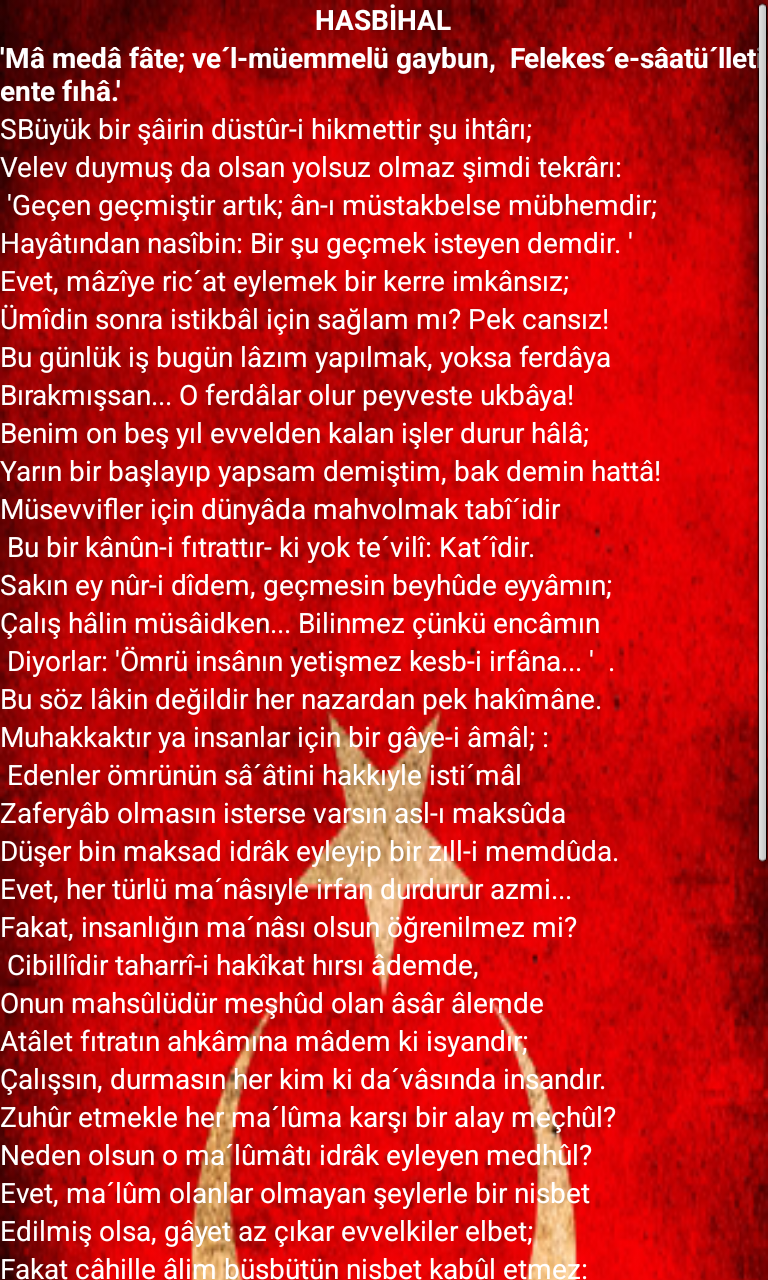
Repository: dokayazilim/Safahat-Android--Uygulamasi
Layout: safahat(android)/Safahat/res/layout/kitap32.xml
These files come from the project's save history. The layout is drawn as it stood at one moment and after the next save; the edit follows.
It is drawn on a 768 x 1280 px phone screen (xhdpi) without system bars, with theme android:Theme; the app's code is not run.

Above is the layout before, as saved 2012-09-08 09:28:55.

After the next save:
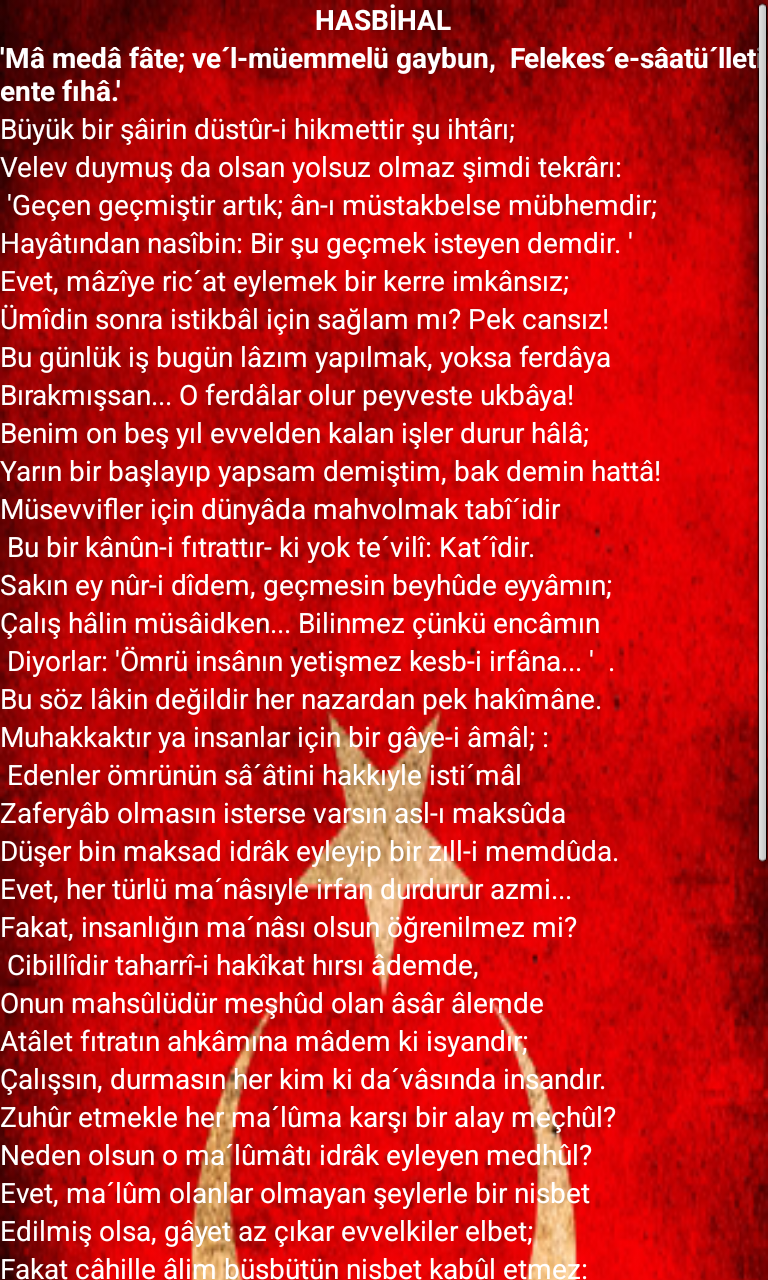
Saved 6 min 29 s later.
--- a/safahat(android)/Safahat/res/layout/kitap32.xml
+++ b/safahat(android)/Safahat/res/layout/kitap32.xml
@@ -21,7 +21,7 @@ Felekes´e-sâatü´lleti ente fıhâ.'"
         android:id="@+id/textView3"
         android:layout_width="wrap_content"
         android:layout_height="wrap_content"
-        android:text="SBüyük bir şâirin düstûr-i hikmettir şu ihtârı;   " android:textColor="#ffffff"/>
+        android:text="Büyük bir şâirin düstûr-i hikmettir şu ihtârı;   " android:textColor="#ffffff"/>
 <TextView
         android:id="@+id/textView4"
         android:layout_width="wrap_content"
